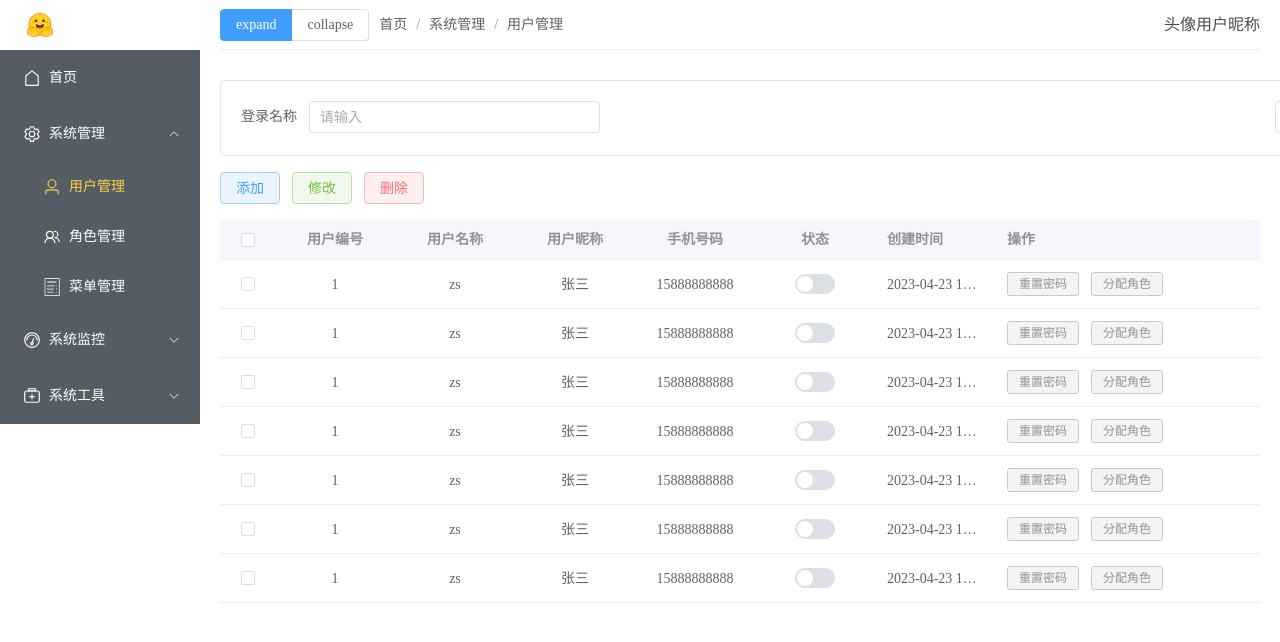
Repository: 202100202078/SignInBox
Page: /admin/system/user
The author's editor kept a copy of each file at every save. The page is drawn from the files as they stood at one save, then again after the next save.
The browser window is 1280 px wide. The pictures show the whole page.
The project was rebuilt for these pictures with package versions that can differ from the ones it lists, and the page was loaded fresh each time. Also part of the build but not shown: vite.config.js, src/components/FilterLayout.vue, src/components/PageFooter.vue, src/components/TableLayout.vue, src/components/ToolTip.vue, src/assets/fonts/iconfont/iconfont.js, src/assets/style/variables.module.scss.

Above is the page before, as saved 2024-01-30 11:47:26.

After the next save:
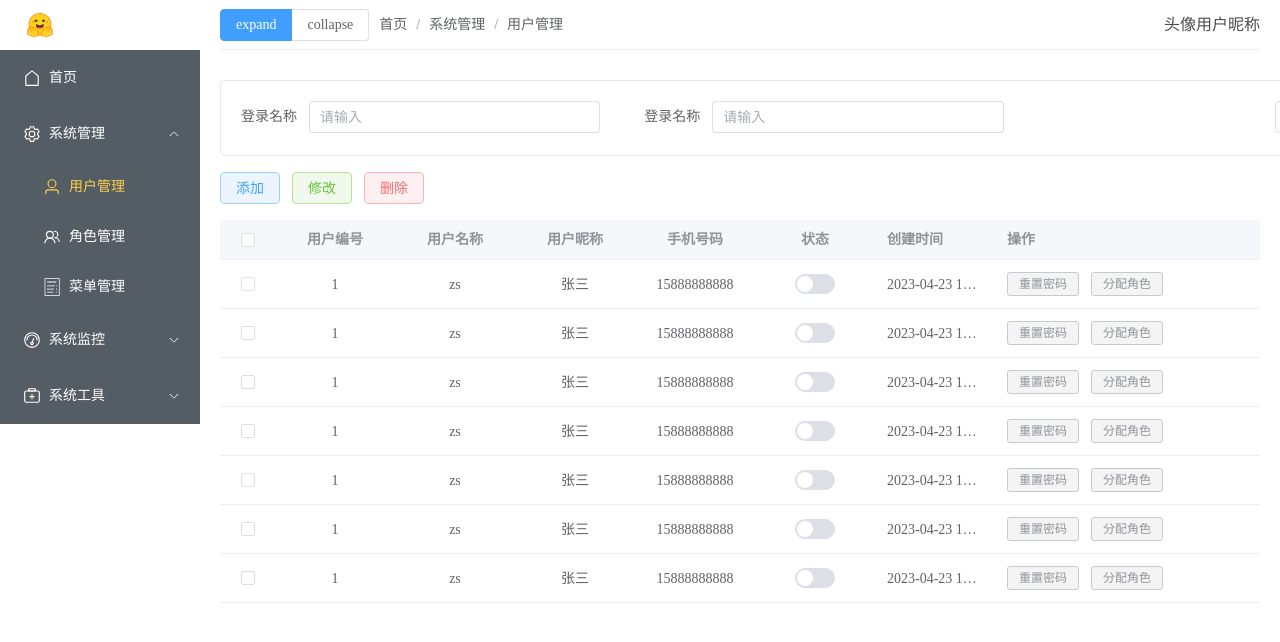
Saved 13 s later.
--- a/src/views/admin/system/UserManagement.vue
+++ b/src/views/admin/system/UserManagement.vue
@@ -192,7 +192,7 @@ const rules = {}
       <el-form-item label="登录名称">
         <el-input placeholder="请输入"></el-input>
       </el-form-item>
-      <el-form-item :label="label2" v-if="defaultShow2">
+      <el-form-item label="登录名称">
         <el-input placeholder="请输入"></el-input>
       </el-form-item>
     </FilterForm>
